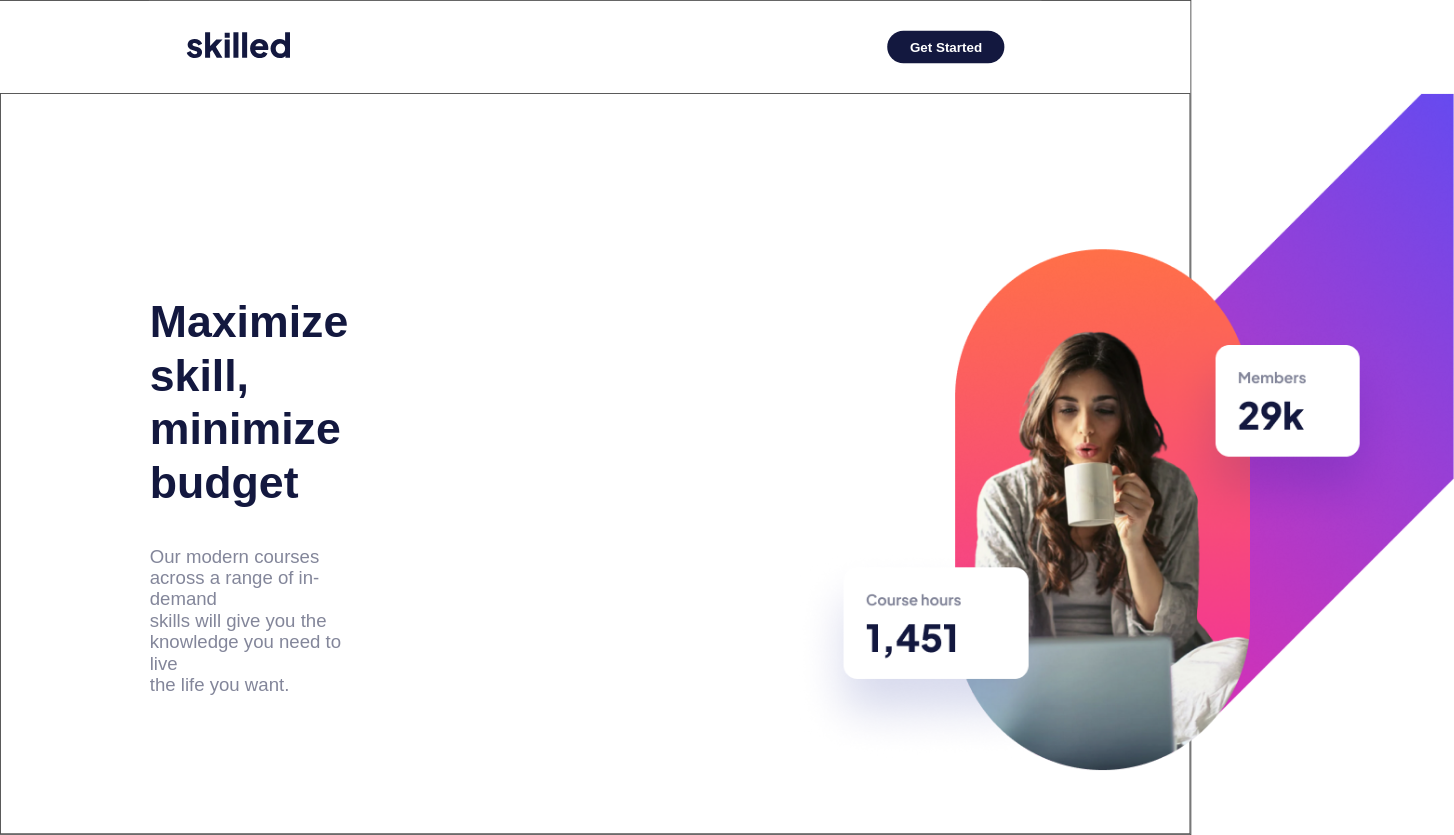
Repository: exe-walt/E-Learning-Landing-Page
Page: index.html
An editor plug-in stored every save of this project. The page is shown before and after the next save, followed by the edit.
The browser window is 1280 px wide. The page is 1563 px wide, so the pictures cover 1563 px, including what lies to the right of the window. The pictures show the whole page, at 93% of full size.
Some web fonts or font styles are not loaded; a fallback is used.

Above is the page before, as saved 2025-05-27 21:01:07.

### index.html
<!DOCTYPE html>
<html lang="en">
<head>
  <meta charset="UTF-8">
  <meta name="viewport" content="width=device-width, initial-scale=1.0">
  <title>Skilled E-Learning Page</title>
  <link rel="stylesheet" href="css/style.css">
  <link href="https://fonts.cdnfonts.com/css/plus-jakarta-sans" rel="stylesheet">
</head>
<body>
  <div class="content-container">
    <nav>
      <div class="navbar">
        <ul>
          <li id="logo">
            <img src="img/skilled-logo.svg" alt="logo">
          </li>
          <li class="navbar-button">
            <button>Get Started</button>
          </li>
        </ul>
      </div>
    </nav>

    <section class="hero-section">
      <div class="hero-text">
        <h1>Maximize skill, <br>minimize budget</h1>

        <p>
          Our modern courses across a range of in-demand <br> skills will give you the knowledge you need to live <br> the life you want.
        </p>
      </div>

      <div class="hero-image">
        <img src="img/hero-img.png" alt="main-image">
      </div>
    </section>
  </div>

</body>
</html>

### css/style.css
* {
  font-family: "Plus Jakarta Sans", sans-serif;
}
body {
  margin: 0;
  display: flex;
  justify-content: center;
  align-items: center;
}

.content-container {
  background-color: #ffffff;
  max-width: 100%;
  width: 100%;
  height: auto;

  border: 1px solid #4f4f4f;
}

.navbar {
  display: flex;
  justify-content: space-between;
  align-items: center;
  padding: 2rem 2.5rem;
  background-color: white;
  margin-left: 10em;
  margin-right: 10em;
}

.navbar ul {
  display: flex;
  align-items: center;
  justify-content: space-between;
  width: 100%;
  list-style: none;
  margin: 0;
  padding: 0;
}

.logo img {
  height: 1.75rem;
  width: auto;
}

.navbar-button button {
  background-color: #13183F;
  color: white;
  border: none;
  border-radius: 999px;
  padding: 0.6rem 1.5rem;
  font-weight: 600;
  font-size: 0.9rem;
  cursor: pointer;
  transition: background-color 0.3s ease;
}

.navbar-button button:hover {
  background-color: #666ca3;
}

.hero-section{
  border: 1px solid #4f4f4f;
  display: flex;
}

.hero-text{
  margin-left: 10em;
   margin-top: 11em;

}

.hero-text h1 {
  font-family: 'Plus Jakarta Sans', sans-serif;
  font-weight: 800; /* ExtraBold */
  font-size: 3rem;
  line-height: 1.2;
  color: #13183F;
}

.hero-text p{
  font-family: 'Plus Jakarta Sans', sans-serif;
  font-weight: 500; /* Medium */
  font-size: 1.25rem;
  color: #83869a;
}

.hero-image img{
  margin-left: 29.9em;
}

After the next save:
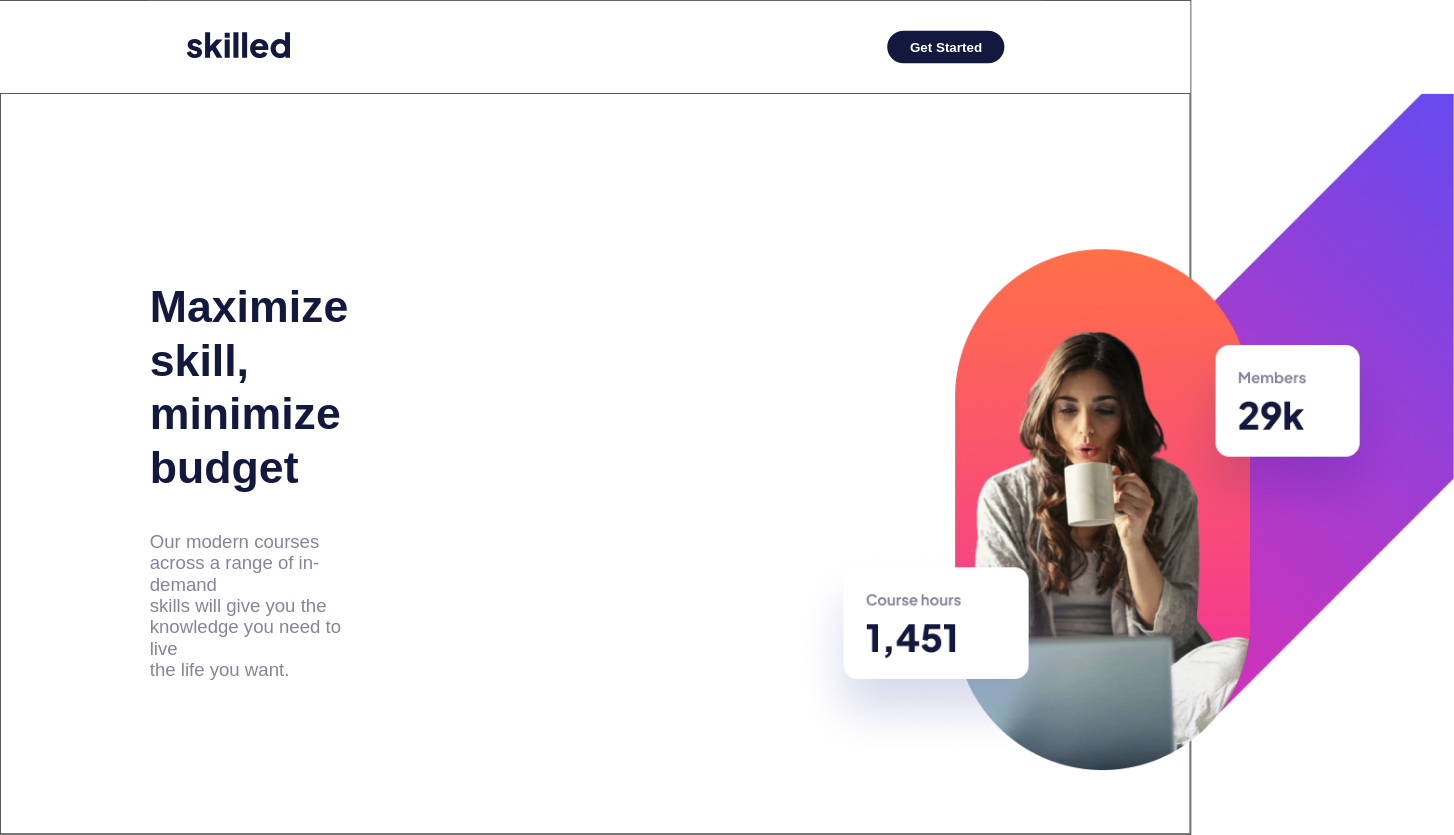
Saved 9 s later.
--- a/css/style.css
+++ b/css/style.css
@@ -65,7 +65,7 @@
 
 .hero-text{
   margin-left: 10em;
-   margin-top: 11em;
+   margin-top: 10em;
 
 }
 
